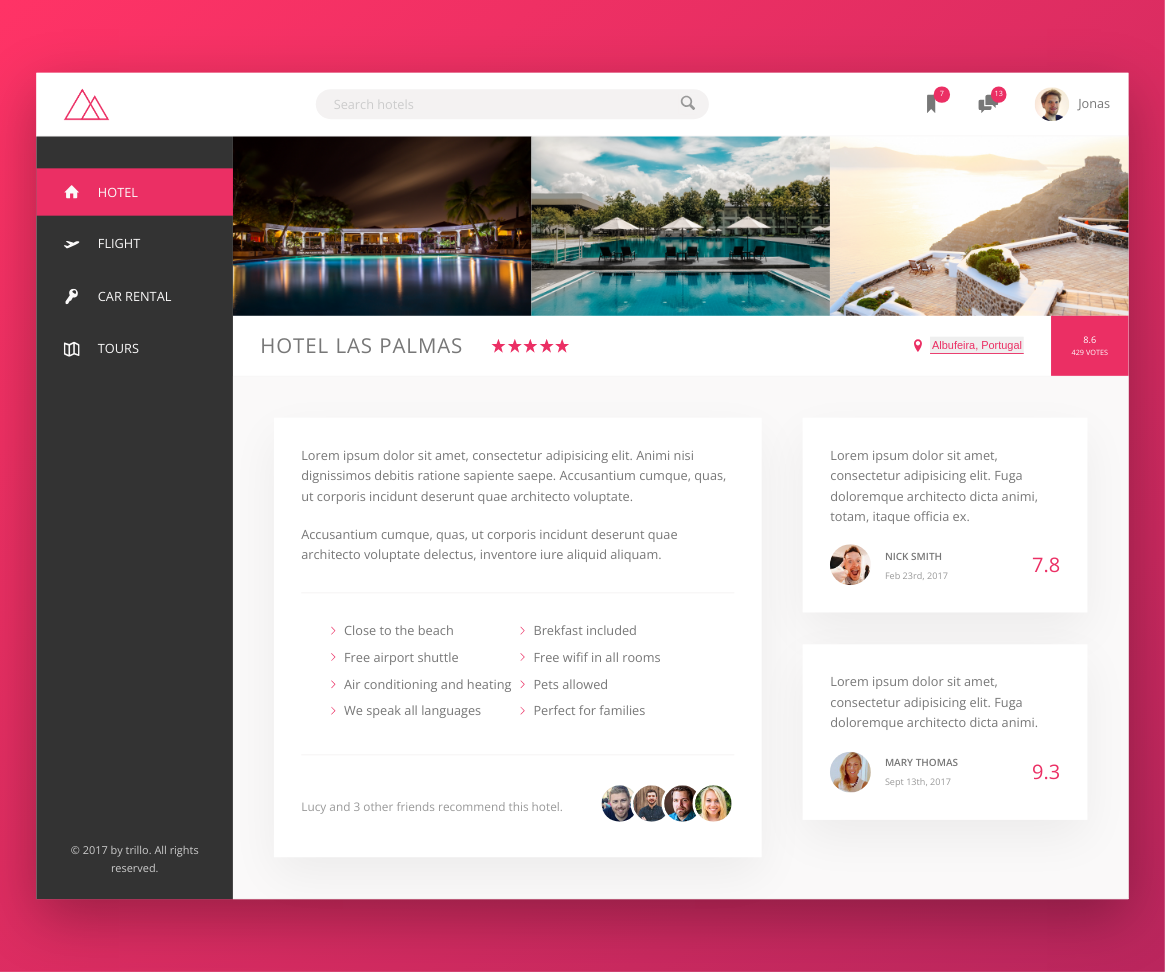
Repository: MalgorzataMazur/Trillo
Page: index.html
The author's editor kept a copy of each file at every save. The page is drawn from the files as they stood at one save, then again after the next save.
The browser window is 1280 px wide. The pictures show the whole page, at 91% of full size.
The style sheet was rebuilt from its Sass, Less or Tailwind sources for each picture, by a compiler version that may differ from the author's.

Above is the page before, as saved 2020-03-27 21:15:01.

After the next save:
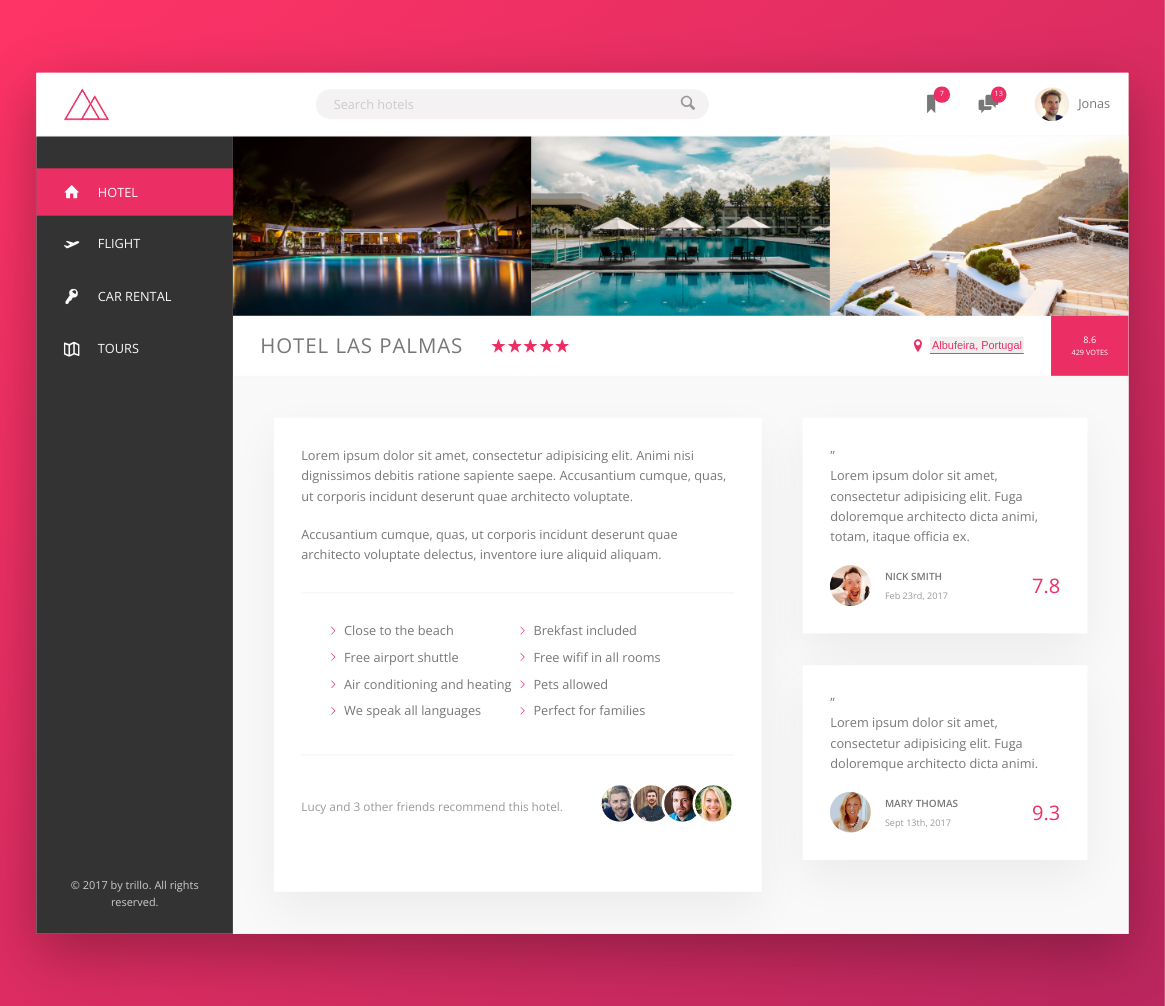
Saved 3 min 5 s later.
--- a/sass/_components.scss
+++ b/sass/_components.scss
@@ -439,6 +439,6 @@
     }
 
     &::before {
-        content: "";
-    }
-}
+        content: "\201D";
+    }
+}

After the save that followed:
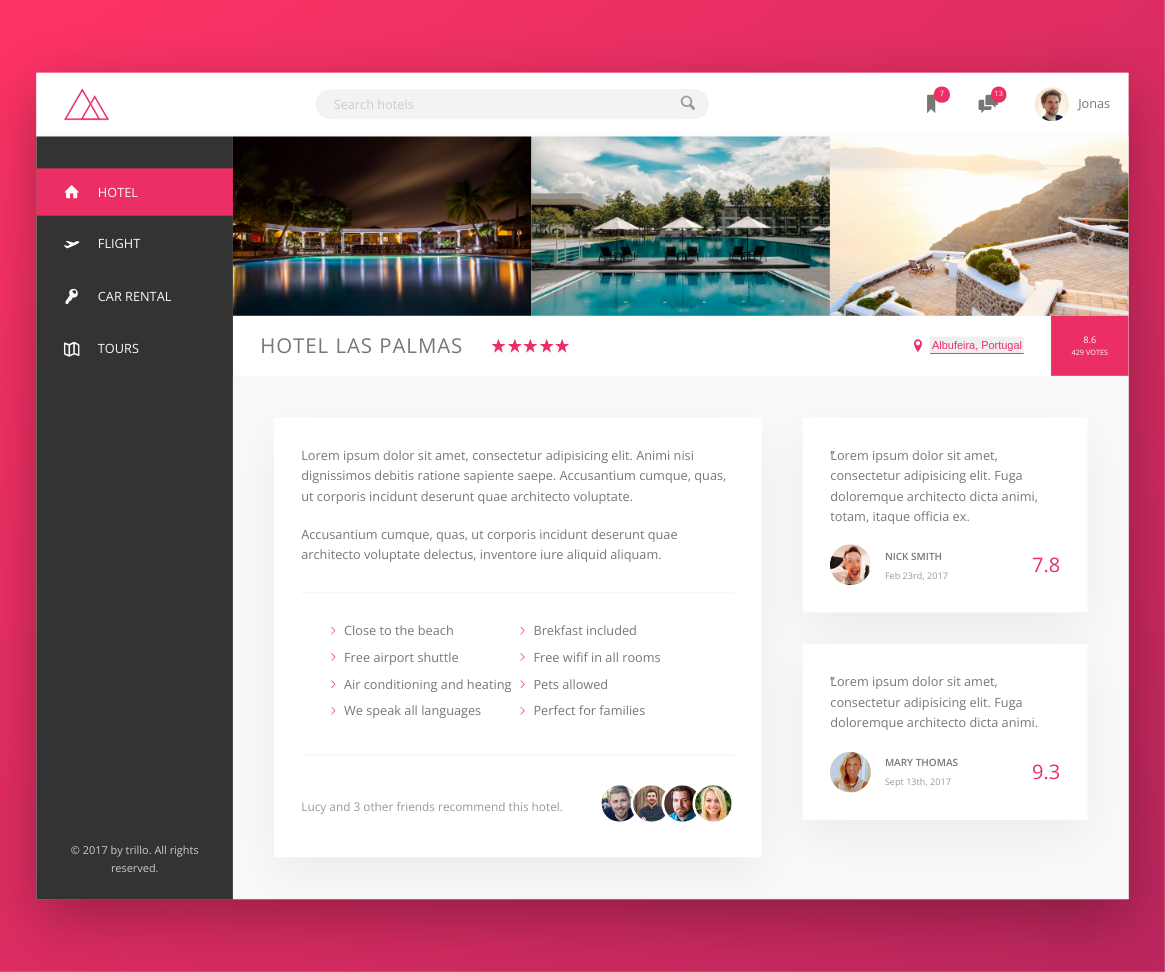
Saved 81 s later.
--- a/sass/_components.scss
+++ b/sass/_components.scss
@@ -399,6 +399,7 @@
     box-shadow: var(--shadow-light);
     padding: 3rem;
     margin-bottom: 3.5rem;
+    position: relative;
 
     &__text {
         margin-bottom: 2rem;
@@ -440,5 +441,6 @@
 
     &::before {
         content: "\201D";
-    }
-}
+        position: absolute;
+    }
+}
